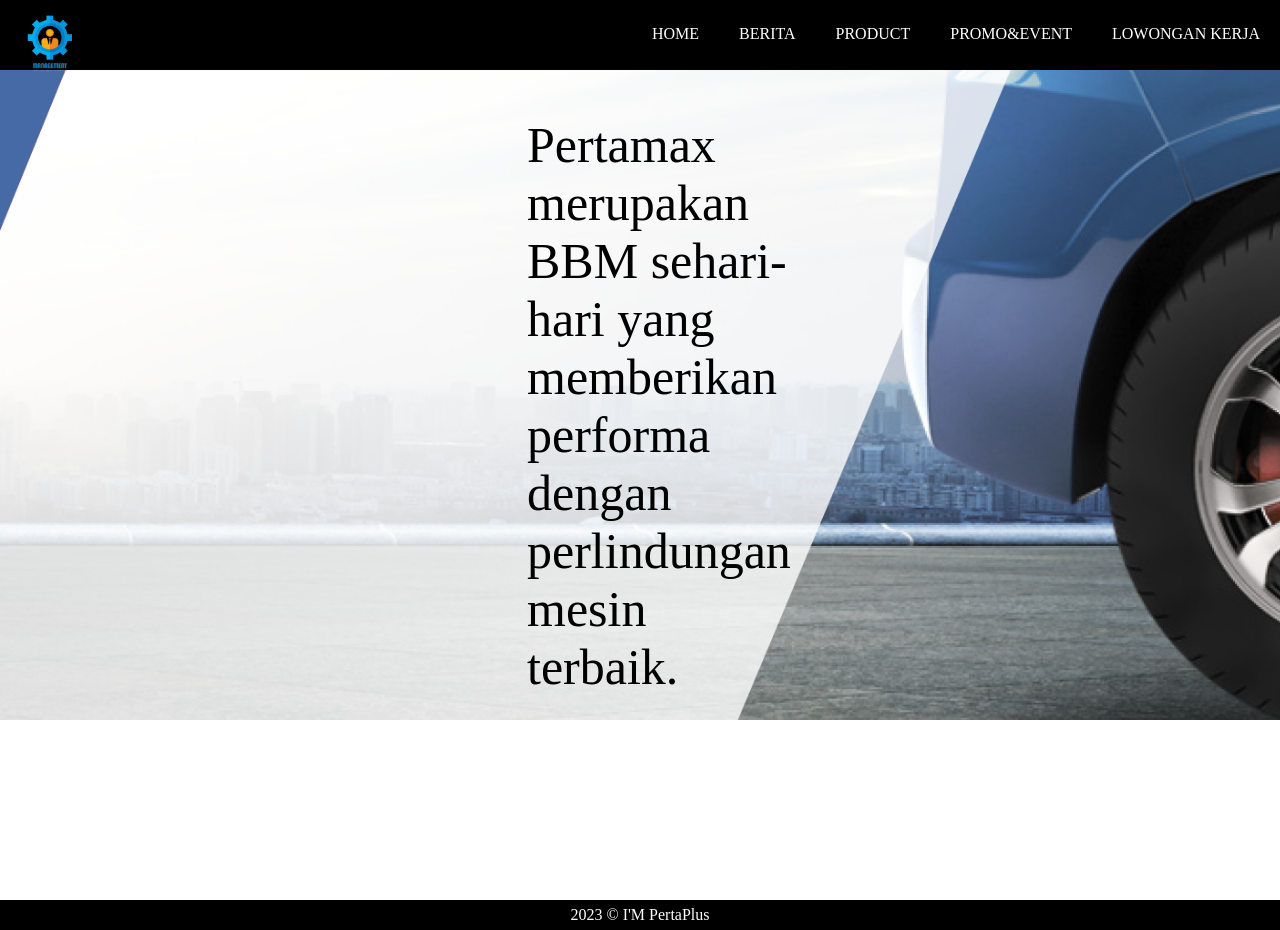
Repository: rizalardi34/project-mypertaplus
Page: pertamax.html
An editor plug-in stored every save of this project. The page is shown before and after a run of saves, followed by the edit.
The browser window is 1280 px wide. The pictures show the whole page.

Above is the page before, as saved 2023-04-25 13:08:04.

### pertamax.html
<html>
    <head>
        <title>Management Karyawan</title>
    </head>
    <body style="margin: 0; padding: 0; height: 100%;">
        <div>
            <div>
                <nav style="width:100%; background-color: black; position: fixed; top:0; height: 70px; display: flex; justify-content:space-between;">
                    <div class="logo">
                        <img src="logo.png" style="padding-top: 0px; padding-left: 10px; width: 80px;" >
                    </div>
                    <ul style="display: flex; list-style-type: none; line-height: 35px;">
                        <li><a href="./home.html" style="text-decoration: none; color:white; padding: 0px 20px;">HOME</a></li>
                        <li><a href="./profile.html" style="text-decoration: none; color:white; padding: 0px 20px; ">BERITA</a></li>
                        <li><a href="./product.html" style="text-decoration: none; color:white; padding: 0px 20px; ">PRODUCT</a></li>
                        <li><a href="dataKaryawan.html" style="text-decoration: none; color:white; padding: 0px 20px; ">PROMO&EVENT</a></li>
                        <li><a href="#" style="text-decoration: none; color:white; padding: 0px 20px; ">LOWONGAN KERJA</a></li>
                    </ul>
                </nav>
            </div>
            <div style="background-image: url(Main.png); background-repeat: no-repeat; background-size: cover; height: 100%;width: 100%; display: flex; justify-content: center; align-items: center;">
                <div style="height: 100%; width: 20%; display: flex; justify-content: start; align-items: center; padding-left: 30px;">
                    <div>
                        <h1 style=" color: black; font-size: 50px; ">Pertamax</h1>
                        <p style=" color: black; font-size: 50px; ">Pertamax merupakan BBM sehari-hari yang memberikan performa dengan perlindungan mesin terbaik.</p>
                    </div>
                </div>
            </div>
            <div style="margin-top: 25vh;background-color: black;height: 30px;display: flex;justify-content: center;align-items: center;color: white;">
                <p>2023 © I'M PertaPlus</p>
            </div>
        </div>
    </body>
</html>

After the next 3 saves:
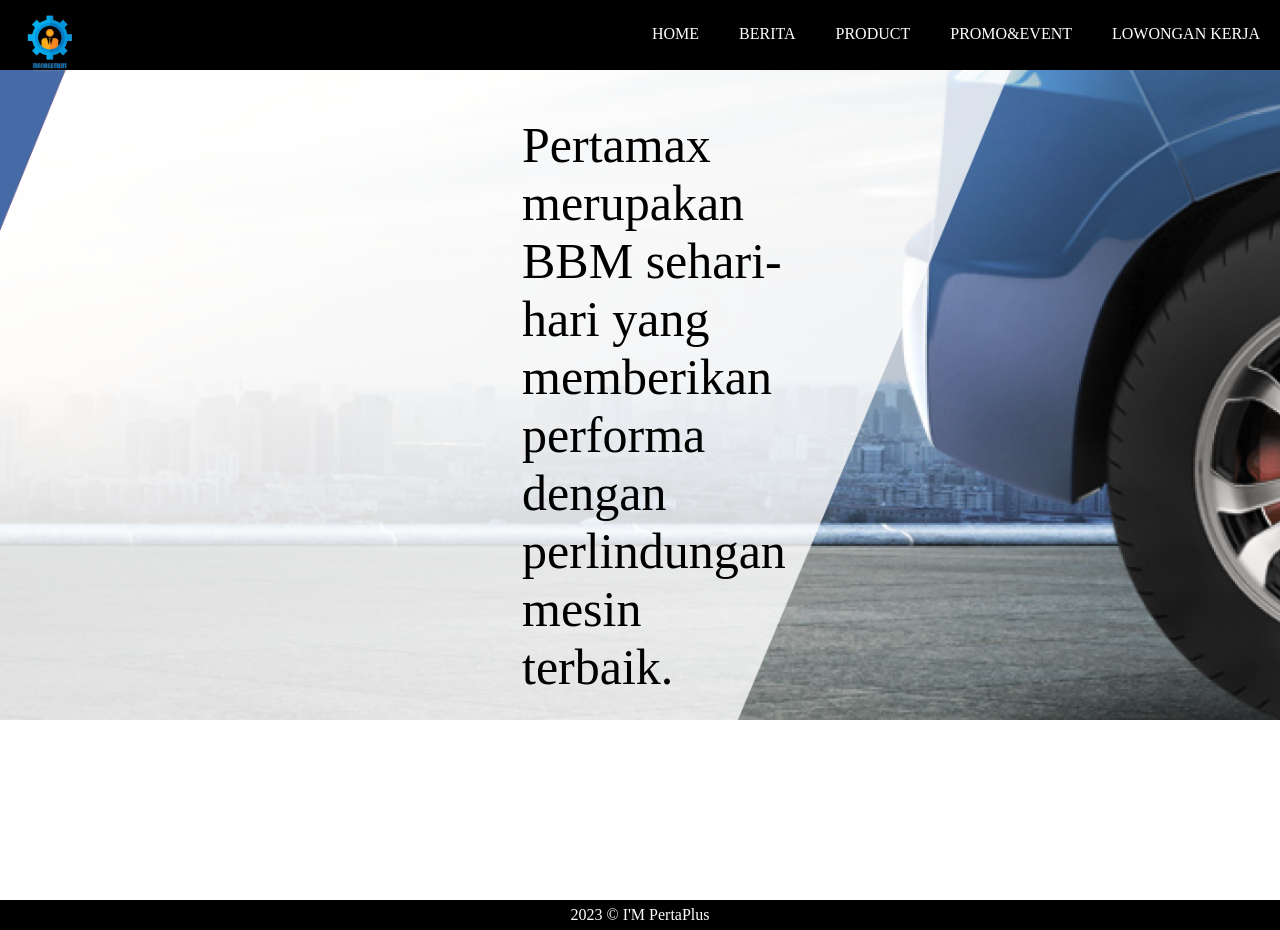
The 3 saves are shown as one change because they came seconds apart.
The last was saved 9 s later.
--- a/pertamax.html
+++ b/pertamax.html
@@ -19,7 +19,7 @@
                 </nav>
             </div>
             <div style="background-image: url(Main.png); background-repeat: no-repeat; background-size: cover; height: 100%;width: 100%; display: flex; justify-content: center; align-items: center;">
-                <div style="height: 100%; width: 20%; display: flex; justify-content: start; align-items: center; padding-left: 30px;">
+                <div style="height: 100%; width: 20%; display: flex; justify-content: start; align-items: center; padding-left: 20px;">
                     <div>
                         <h1 style=" color: black; font-size: 50px; ">Pertamax</h1>
                         <p style=" color: black; font-size: 50px; ">Pertamax merupakan BBM sehari-hari yang memberikan performa dengan perlindungan mesin terbaik.</p>
